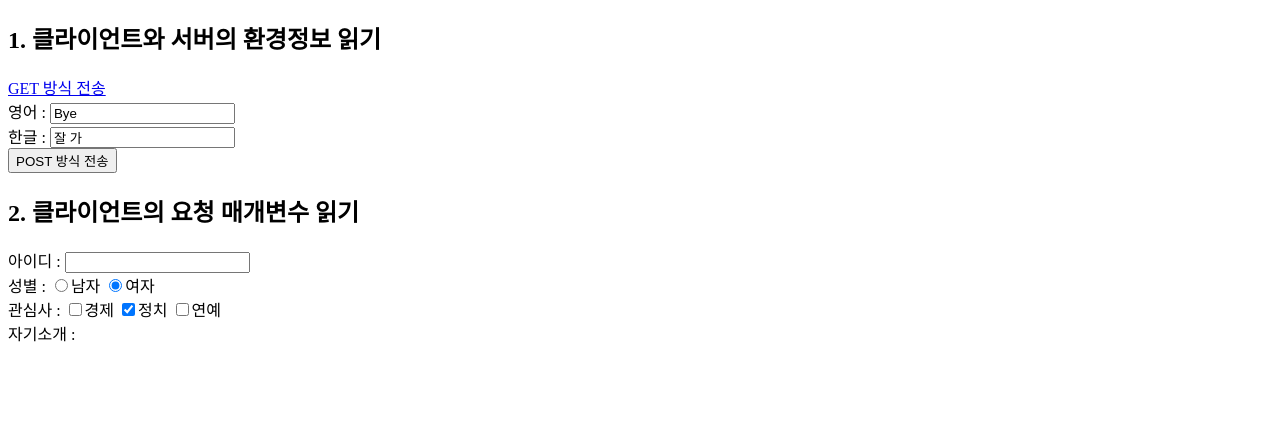
Repository: iamstudybox00/JSP_Servlet
Page: http://localhost/MustHaveJSP/02ImplicitObject/RequestMain.jsp
The author's editor kept a copy of each file at every save. The page is drawn from the files as they stood at one save, then again after the next save.
The browser window is 1280 px wide. The pictures show the whole page.
The page is served by Tomcat 10. Other server files are loaded and not shown.

Above is the page before, as saved 2025-05-02 05:52:46.

### MustHaveJSP/src/main/webapp/02ImplicitObject/RequestMain.jsp
<%@ page language="java" contentType="text/html; charset=UTF-8"
    pageEncoding="UTF-8"%>
<!DOCTYPE html>
<html>
	<head>
	<meta charset="UTF-8">
	<title>내장객체 - request</title>
	</head>
	<body>
		<h2>1. 클라이언트와 서버의 환경정보 읽기</h2>
		<a href="./RequestWebInfo.jsp?eng=Hello&han=안녕">
			GET 방식 전송
		</a>
		<br/>
		<form action="RequestWebInfo.jsp" method="post" accept-charset="utf-8">
			영어 : <input type="text" name="eng" value="Bye" /><br/>
			한글 : <input type="text" name="han" value="잘 가" /><br/>
			<input type="submit" value="POST 방식 전송" />
		</form>

		<h2>2. 클라이언트의 요청 매개변수 읽기</h2>
		<form method="post" action="RequestParameter.jsp">
			아이디 : <input type="text" name="id" value="" /><br/>
			성별 :
			<input type="radio" name="sex" value="man" />남자
			<input type="radio" name="sex" value="woman" checked="checked" />여자
			<br/>
			관심사 :
			<input type="checkbox" name="favo" value="eco" />경제
			<input type="checkbox" name="favo" value="pol" checked="checked" />정치
			<input type="checkbox" name="favo" value="ent" />연예<br/>
			자기소개 :
		</form>
	</body>
</html>

After the next save:
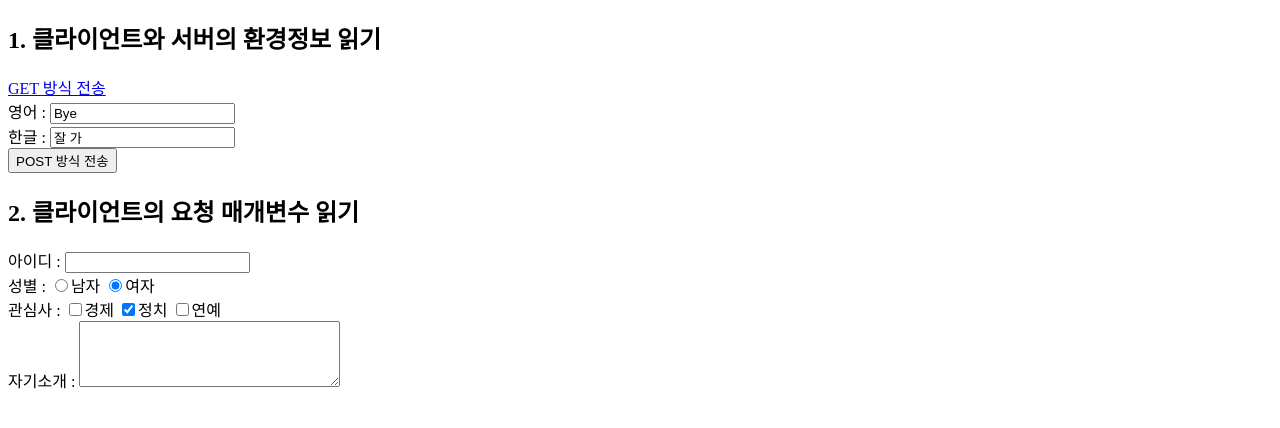
Saved 33 s later.
--- a/MustHaveJSP/src/main/webapp/02ImplicitObject/RequestMain.jsp
+++ b/MustHaveJSP/src/main/webapp/02ImplicitObject/RequestMain.jsp
@@ -30,6 +30,8 @@
 			<input type="checkbox" name="favo" value="pol" checked="checked" />정치
 			<input type="checkbox" name="favo" value="ent" />연예<br/>
 			자기소개 :
+			<textarea rows="4" cols="30" name="intro"></textarea>
+			<br/>
 		</form>
 	</body>
 </html>
